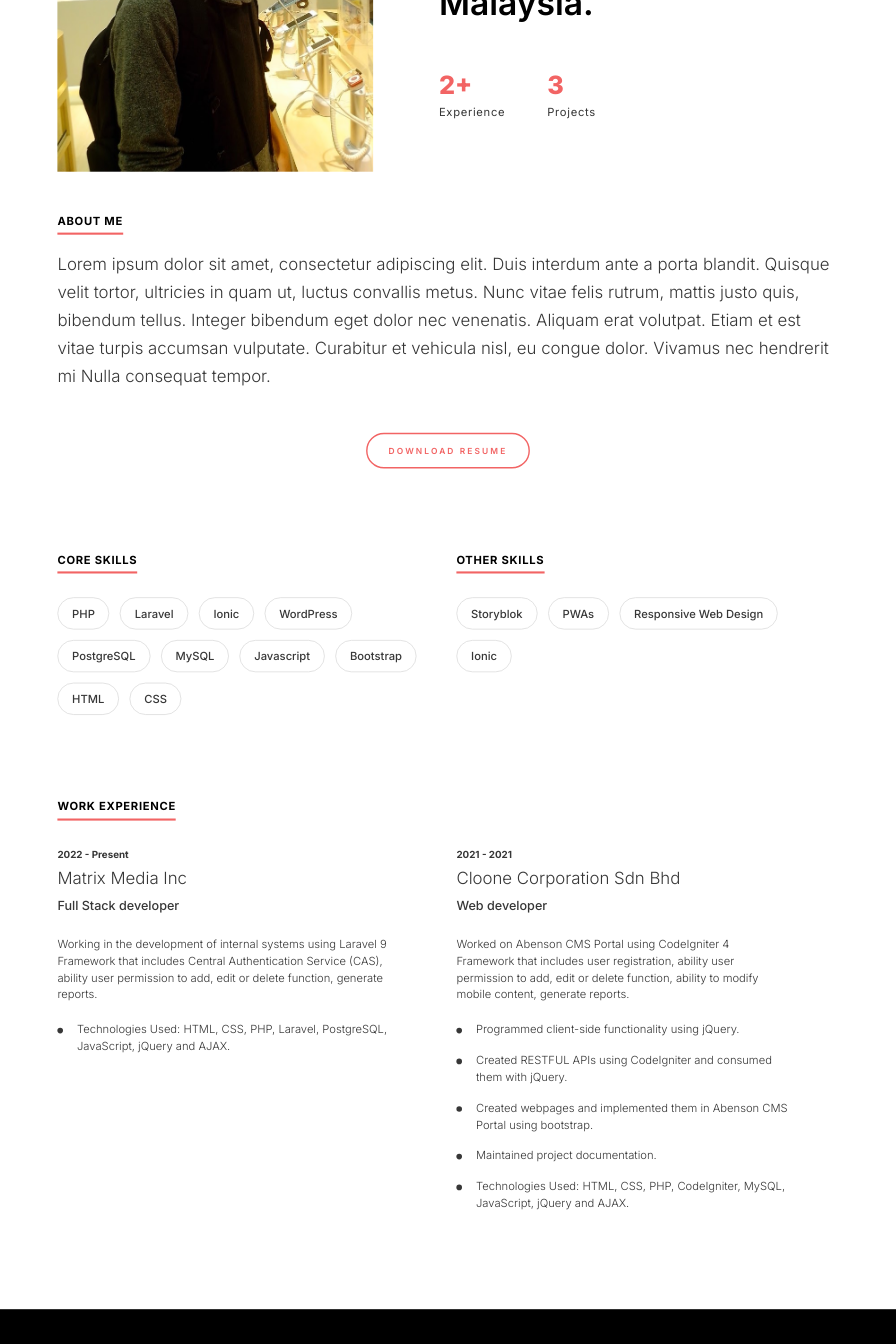
Repository: ikram749/ikram749.github.io
Page: index.html
These files come from the project's save history. The page is drawn as it stood at one moment and after the next save; the edit follows.
The browser window is 1280 px wide. The pictures show the part of the page from y = 535 to 2455 px (the page is 2995 px tall before and 2451 px after), at 70% of full size.

Above is the page before, as saved 2022-04-20 20:53:42.

After the next save:
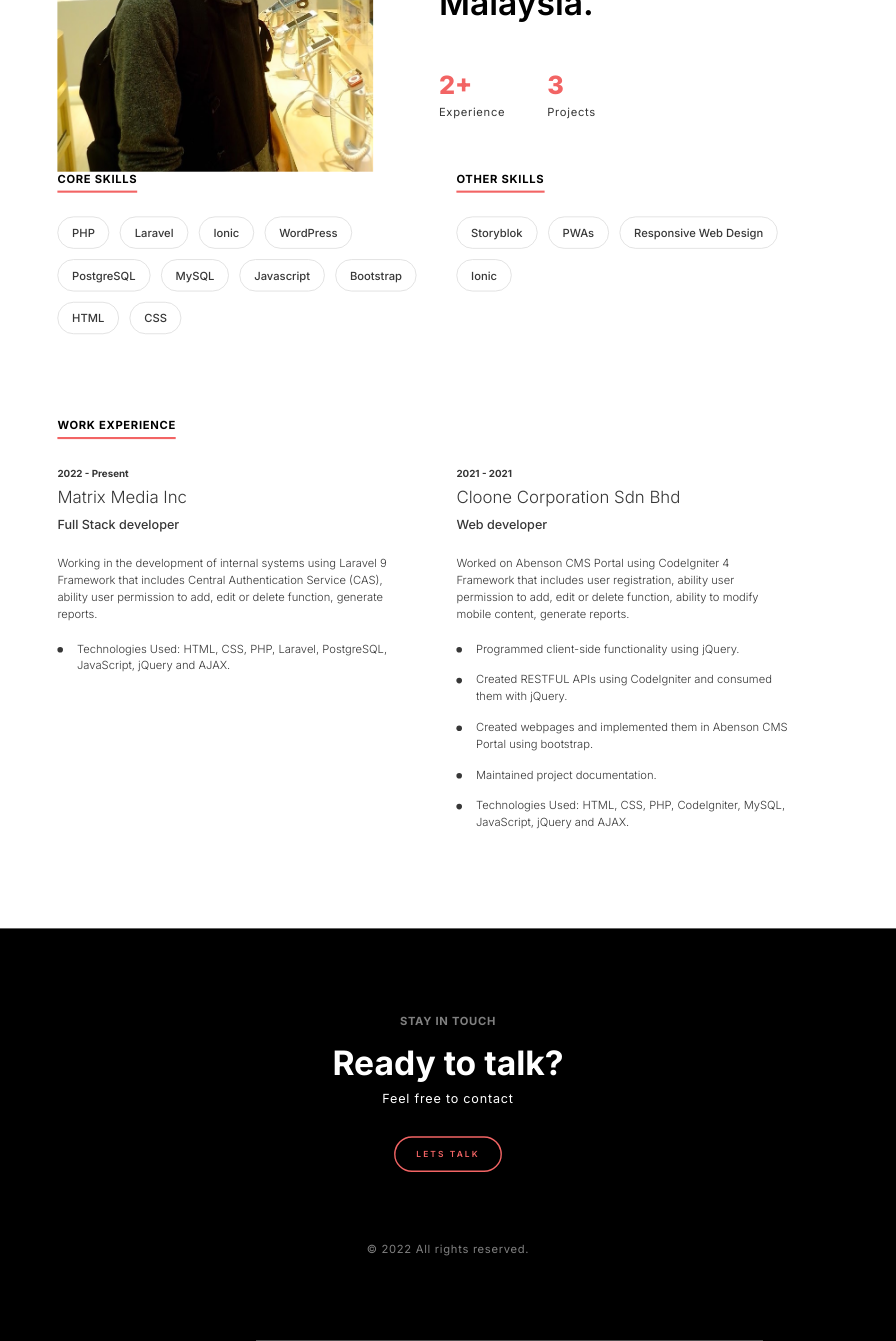
Saved 46 s later.
--- a/index.html
+++ b/index.html
@@ -79,7 +79,7 @@
     <!-- banner -->
 
     <!-- about -->
-    <div class="ds-about-section">
+    <!-- <div class="ds-about-section">
       <div class="container">
         <section>
             <h2 class="ds-heading">About Me</h2>
@@ -89,7 +89,7 @@
             </div>
         </section>
       </div>
-    </div>
+    </div> -->
     <!-- about -->
 
     <!--  Skills -->
